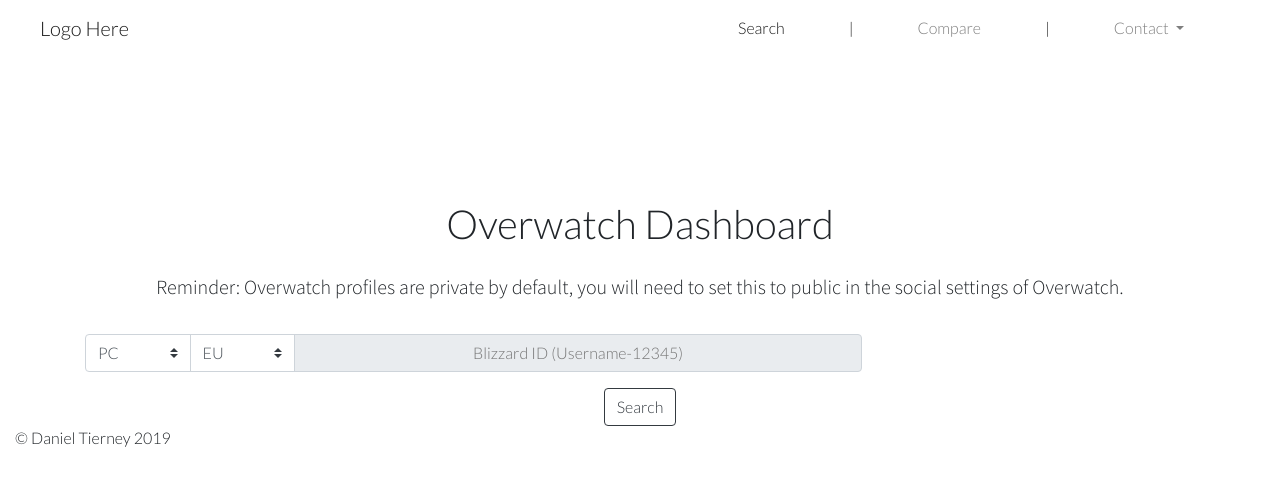
Repository: Cobonkoi/overwatch-dashboard
Page: index.html
The author's editor kept a record of every edit. The page is drawn from the files as they stood at one moment, then again after the next edit.
The browser window is 1280 px wide. The pictures show the whole page.

Above is the page before.

### index.html
<!DOCTYPE html>
<html lang="en">

<head>
    <meta charset="UTF-8">
    <meta name="viewport" content="width=device-width, initial-scale=1.0">
    <meta http-equiv="X-UA-Compatible" content="ie=edge">
    <title>Overwatch Dashboard</title>
    <link rel="stylesheet" href="libraries/bootstrap.min.css" type="text/css" />
    <link rel="stylesheet" href="https://stackpath.bootstrapcdn.com/font-awesome/4.7.0/css/font-awesome.min.css" type="text/css" />
    <link href="https://fonts.googleapis.com/css?family=Lato:300|Source+Sans+Pro:300&display=swap" rel="stylesheet">
    <link rel="stylesheet" href="assets/css/style.css" type="text/css" />
</head>

<body>
    <!-- NAVBAR -->
    <nav class="navbar navbar-expand-sm navbar-light">
        <a href="index.html" class="navbar-brand ml-4">Logo Here</a>

        <button class="navbar-toggler ml-auto" type="button" data-toggle="collapse" data-target="#navbarNavDropdown" aria-controls="navbarNavDropdown" aria-expanded="false" aria-label="Toggle navigation">
            <span class="navbar-toggler-icon"></span></button>

        <div class="collapse navbar-collapse" id="navbarNavDropdown">
            <ul class="navbar-nav ml-auto mr-4">
                <li class="active nav-item mr-5"><a class="nav-link" href="search.html">Search</a></li>
                <li class="active mr-5 d-none d-sm-block"><a class="nav-link">|</a></li>
                <li class="nav-item mr-5"><a class="nav-link" href="compare.html">Compare</a></li>
                <li class="active mr-5 d-none d-sm-block"><a class="nav-link">|</a></li>
                <li class="nav-item dropdown mr-5">
                    <a class="nav-link dropdown-toggle" href="" id="navbarDropdownMenuLink" role="button" data-toggle="dropdown" aria-haspopup="true" aria-expanded="false">
                      Contact
                    </a>
                    <div class="dropdown-menu" aria-labelledby="navbarDropdownMenuLink">
                        <a class="dropdown-item" href="#">Feature Request</a>
                        <a class="dropdown-item" href="#">Bug Report</a>
                    </div>
                </li>
            </ul>
        </div>
    </nav>
    <!-- /NAVBAR -->

    <!-- HEADER -->
    <div class="container-fluid callout-container">
        <div class="row">
            <div class="col-12 mb-3">
                <h1 class="text-center">Overwatch Dashboard</h1>
            </div>
        </div>
    </div>

    <div class="container-fluid reminder-container">
        <div class="row">
            <div class="col-12 mb-3">
                <p class="lead text-center">Reminder: Overwatch profiles are private by default, you will need to set this to public in the social settings of Overwatch.</p>
            </div>
        </div>
    </div>
    <!-- /HEADER -->

    <!-- SEARCH -->
    <div class="container search-container text-center">
        <div class="row">
            <div class="col-12">
                <form class="form-inline" id="search-form">
                    <div class="input-group mb-3">
                        <select class="custom-select" id="search-form-platform" onchange="changeUsernamePlaceholder(); changeRegionHidden();" required>
                            <option disabled>Platform...</option>
                            <option value="pc">PC</option>
                            <option value="psn">PS4</option>
                            <option value="xbl">Xbox</option>
                        </select>
                        <select class="custom-select" id="search-form-region" required>
                            <option disabled>Region...</option>
                            <option value="eu">EU</option>
                            <option value="us">US</option>
                            <option value="asia">Asia</option>
                        </select>
                        <div class="input-group-append">
                            <input type="text" class="input-group-text" id="search-form-username" placeholder="Blizzard ID (Username-12345)" size="65" required></input>
                        </div>
                    </div>
                </form>
            </div>
        </div>
    </div>

    <div class="container-fluid text-center">
        <div class="row">
            <div class="col-12">
                <button class="btn btn-outline-dark" onclick="writeToDocument('https://ow-api.com/v1/stats/')" form="search-form">Search</button>
            </div>
        </div>
    </div>
    <!-- /SEARCH -->

    <!-- <div class="container-fluid">
        <div class="row">
            <div class="col-12">
                <div>Games: </div>
                <div id="stat-games"></div><br>
                <div>Test Usernames: <br> Zael-2375 (PC, EU)<br> Sharpy-2695 (PC, EU)<br> MLGesus-21679 (PC, EU)<br> LicensedCntrctr (Xbox, US)<br> Ignortion (PS4, US)<br> NekoGirlMx (PS4, Asia)<br> shon bilinkis (Xbox, Asia)</div>
            </div>
        </div>
    </div> /-->

    <!-- FOOTER -->
    <footer>
        <div class="container-fluid">
            <div class="row">
                <div class="col-12 text-left">
                    <p>© Daniel Tierney 2019</p>
                </div>
            </div>
        </div>
    </footer>
    <!-- /FOOTER -->

    <!-- SCRIPTS -->
    <script src="libraries/jquery.slim.min.js"></script>
    <script src="libraries/bootstrap.bundle.min.js"></script>
    <script type="text/javascript" src="assets/javascript/main.js"></script>
    <!-- /SCRIPTS -->

</body>
</html>

### assets/css/style.css
body {
    font-family: 'Lato', sans-serif;
}

/* -- CONTAINERS -- */

.callout-container {
    height: 30vh;

    display: flex;
    align-items: flex-end;
    justify-content: center;
}

.reminder-container {
    font-family: 'Source Sans Pro', sans-serif;

    align-items: center;
    justify-content: center;
}

.search-container {
    align-items: center;
    justify-content: center;
}

/* -- FORM ASSETS -- */

.rounded-left--search {
    border-top-left-radius: 10rem;
    border-bottom-left-radius: 10rem;
}

.rounded-right--search {
    border-top-right-radius: 10rem;
    border-bottom-right-radius: 10rem;
}

/* -- BUTTONS -- */

.btn-rounded {
    border-radius: 10rem;
}

.btn-long {
    width: 10rem;
}

### assets/javascript/main.js
const baseURL = "https://ow-api.com/v1/stats/";


function getData(type, cb) {
    var xhr = new XMLHttpRequest();

    var platform = document.getElementById("search-form-platform").value;
    var region = document.getElementById("search-form-region").value;
    var username = document.getElementById("search-form-username").value;

    if (platform == "pc") {
        var profileUrl = baseURL + platform + "/" + region + "/" + username + "/complete";
    } else {
        var profileUrl = baseURL + platform + "/"  + username + "/complete";
    }

    xhr.onreadystatechange = function() {
        if (this.readyState == 4 && this.status == 200) {
            cb(JSON.parse(this.responseText));
        }
    };

    xhr.open("GET", profileUrl);
    xhr.send();
}

function writeToDocument(type) {
    getData(type, function(data) {
        console.dir(data);
        document.getElementById("stat-games").innerHTML = `Played ${data.competitiveStats.games.played} / Won ${data.competitiveStats.games.won}`;
    });
}

function changeUsernamePlaceholder() {
    if (document.getElementById("search-form-platform").value == "pc") {
        document.getElementById("search-form-username").placeholder = "Blizzard ID (Username-12345)";
    } else if (document.getElementById("search-form-platform").value == "xbl") {
        document.getElementById("search-form-username").placeholder = "Gamertag";
    } else if (document.getElementById("search-form-platform").value == "psn") {
        document.getElementById("search-form-username").placeholder = "PSN ID";
    }
}

function changeRegionHidden() {
    if (document.getElementById("search-form-platform").value == "pc") {
        var regionDropdown = document.getElementById("search-form-region");
        regionDropdown.removeAttribute("hidden");
    } else if (document.getElementById("search-form-platform").value == "xbl") {
        var regionDropdown = document.getElementById("search-form-region");
        regionDropdown.setAttribute("hidden", true);
    } else if (document.getElementById("search-form-platform").value == "psn") {
        var regionDropdown = document.getElementById("search-form-region");
        regionDropdown.setAttribute("hidden", true);
    }
}

Loaded but not shown: libraries/bootstrap.min.css (library); libraries/jquery.slim.min.js (library); libraries/bootstrap.bundle.min.js (library)

After the next edit:
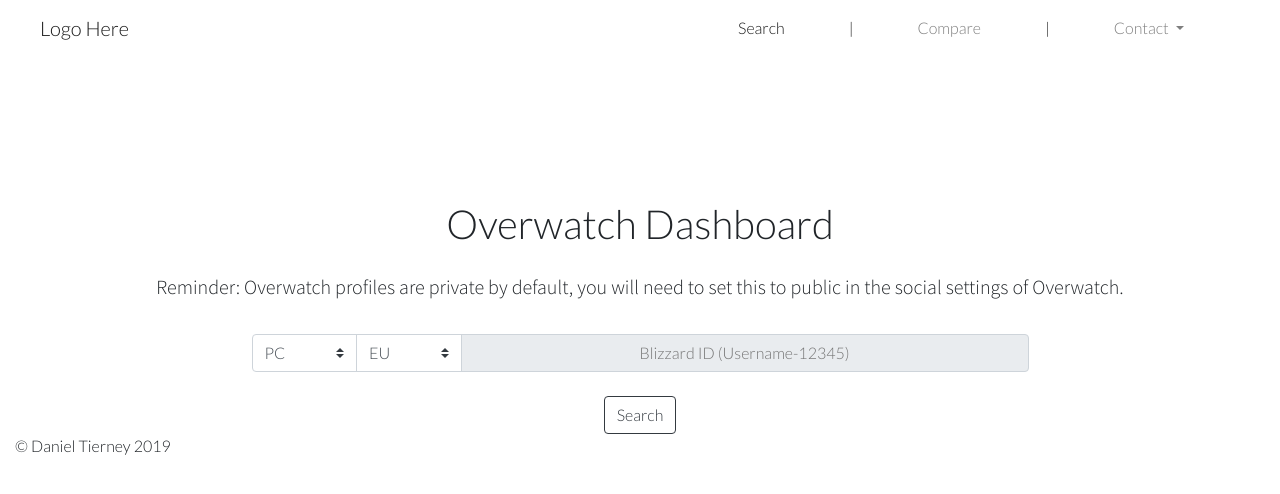
The edit:
--- a/index.html
+++ b/index.html
@@ -63,8 +63,8 @@
         <div class="row">
             <div class="col-12">
                 <form class="form-inline" id="search-form">
-                    <div class="input-group mb-3">
-                        <select class="custom-select" id="search-form-platform" onchange="changeUsernamePlaceholder(); changeRegionHidden();" required>
+                    <div class="input-group mb-4 mx-auto">
+                        <select class="custom-select rounded-left" id="search-form-platform" onchange="changeUsernamePlaceholder(); changeRegionHidden();" required>
                             <option disabled>Platform...</option>
                             <option value="pc">PC</option>
                             <option value="psn">PS4</option>
